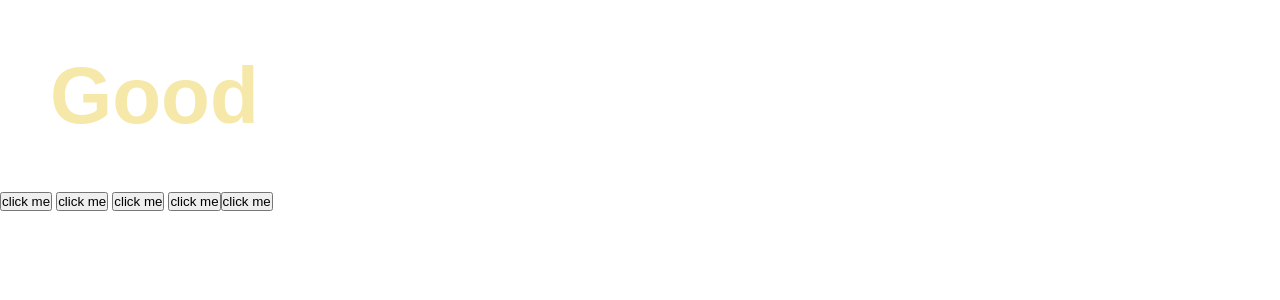
Repository: doncsar/yu-frontend-bootcamp
Page: 18-jQuery/index.html
The author's editor kept a copy of each file at every save. The page is drawn from the files as they stood at one save, then again after the next save.
The browser window is 1280 px wide. The pictures show the whole page.

Above is the page before, as saved 2024-01-28 14:52:32.

After the next save:
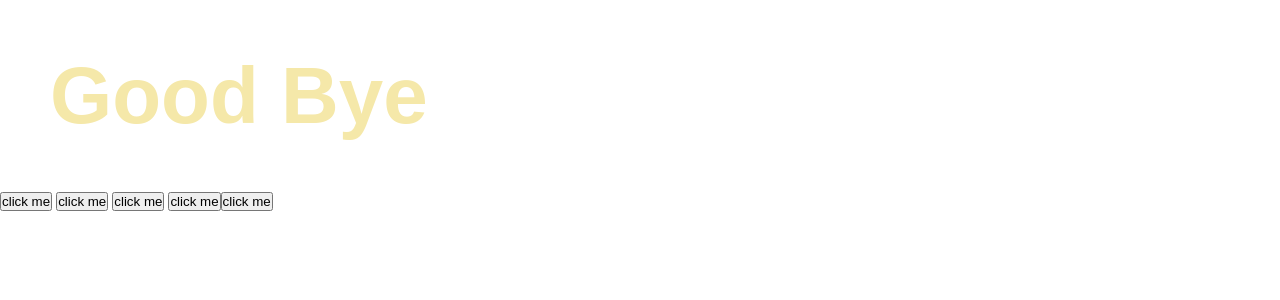
Saved 4 s later.
--- a/18-jQuery/script.js
+++ b/18-jQuery/script.js
@@ -1,3 +1,3 @@
 $('h1').addClass('big-title m-50')
 
-$('h1').text('Good')
+$('h1').text('Good Bye')
